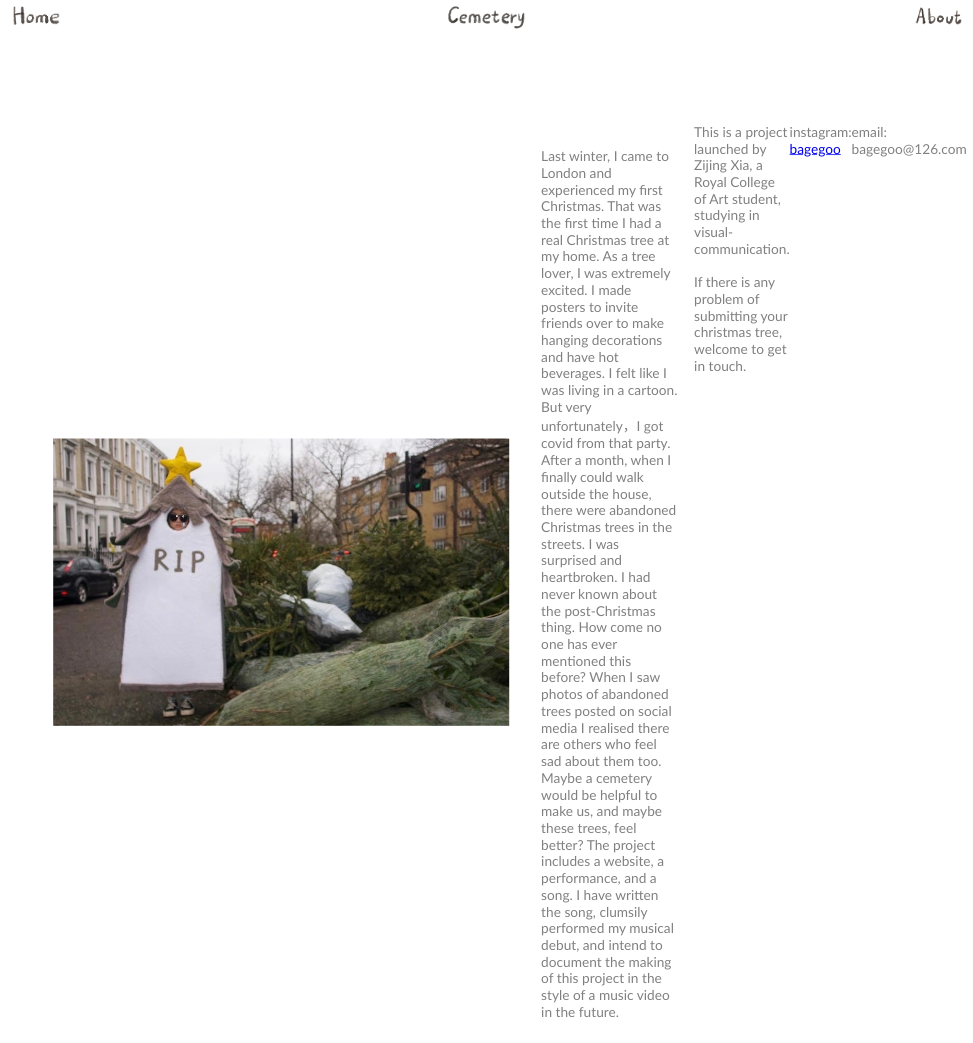
Repository: FuugaMo/ByeByeChristmasTree.github.io
Page: about.html
An editor plug-in stored every save of this project. The page is shown before and after the next save, followed by the edit.
The browser window is 1280 px wide. The pictures show the whole page, at 76% of full size.

Above is the page before, as saved 2023-07-28 21:27:37.

### about.html
<!DOCTYPE html>
<html lang="en">

<head>
    <meta charset="utf-8" />
    <link
        href="about.css"
        rel="stylesheet"
    />

</head>

<body>
    <!-- 顶部导航栏 -->
    <nav>
        <div
            class="home"
            style="width:60px; height:50px"
        >
            <img
                src="./Image/Home.png"
                width="60px"
            >
            <input
                type="button"
                onclick='location.href=("index.html")'
            />

        </div>

        <div
            class="cemetery"
            style="width: 100px;"
        >
            <img
                src="./Image/cemetery.png"
                class="cemetery"
                width="100px"
            >
            <input
                type="button"
                onclick='location.href=("cemetery.html")'
            />
        </div>

        <div
            class="about"
            style="width: 60px;"
        >
            <img
                src="./Image/about.png"
                width="60px"
            >
            <input
                type="button"
                onclick='location.href=("about.html")'
            />
        </div>

    </nav>

    <div id="content">
        <table
            id="content"
            cellpadding="20"
        >
            <tr>
                <td>
                    <img
                        src="./Image/About1.jpeg"
                        width="600px"
                    >
                </td>
                <td>
                    <p1>
                        Last winter, I came to London and experienced my first Christmas. That was the first time I had a
                        real Christmas tree at my home. As a tree lover, I was extremely excited. I made posters to invite
                        friends over to make hanging decorations and have hot beverages. I felt like I was living in a
                        cartoon. But very unfortunately，I got covid from that party. After a month, when I finally could walk
                        outside the house, there were abandoned Christmas trees in the streets. I was surprised and
                        heartbroken. I had never known about the post-Christmas thing. How come no one has ever mentioned
                        this before?
                    </p1>
                    <p1>
                        When I saw photos of abandoned trees posted on social media I realised there are others who feel sad
                        about them too. Maybe a cemetery would be helpful to make us, and maybe these trees, feel better?
                    </p1>
                    <p1>
                        The project includes a website, a performance, and a song. I have written the song, clumsily
                        performed my musical debut, and intend to document the making of this project in the style of a
                        music video in the future.
                    </p1>
                </td>
            </tr>
        </table>
        <br>
        <br>
        <br>
        <br>
        <p1>
            This is a project launched by Zijing Xia, a Royal College of Art student, studying in visual-communication.
            <br><br> If there is any problem of submitting your christmas tree, welcome to get in touch.
        </p1>
        <br>
        <br>
        <p2>
            instagram: <a href="https://www.instagram.com/bagegoo/">bagegoo</a></p2>
        </p2>
        <br>
        <br>
        <p3>
            email: bagegoo@126.com
        </p3>

        <br><br><br>
    </div>
</body>

### about.css
/* 新增样式 */
#content {
    display: flex;
    align-items: flex-start;
    margin-top: 10px;
    margin-left: 20px;
}

#content img {
    width: 600px;
}

#content .text {
    flex: 1;
    padding-left: 20px;
}

/* 导航栏 */
.home {
    position: relative;
    display: -webkit-box;
    -webkit-box-pack: start;
    -webkit-box-align: start;
    -webkit-box-orient: start;
    text-align: center;
    margin-left: 10px;
    /* opacity: 0; */
}

.home input {
    cursor: url("光标.png"), auto;
    position: absolute;
    width: 60px;
    height: 25px;
    border: 0px;
    left: 0px;
    top: 0px;
    /* opacity: 0.5; */
    /* background-color: black; */
    background-color: transparent;
}

.cemetery {
    position: relative;
    margin: 0 auto;
    top: -25px;
}

.cemetery input {
    cursor: url("光标.png"), auto;
    position: relative;
    width: 100px;
    height: 60px;
    border: 0;
    top: -85px;
    /* opacity: 0.5; */
    /* background-color: black; */
    background-color: transparent;
}

.about {
    position: absolute;
    right: 15px;
    top: 10px;
}

p1,
p2,
p3 {
    font-family: "Gill Sans", sans-serif;
    font-size: large;
    color: gray;
}

.about input {
    cursor: url("光标.png"), auto;
    position: absolute;
    width: 60px;
    height: 25px;
    border: 0px;
    right: 1px;
    /* opacity: 0.5; */
    /* background-color: black; */
    background-color: transparent;

}

/* 导航栏结束 */

html {
    cursor: url("光标.png"), auto;
}

After the next save:
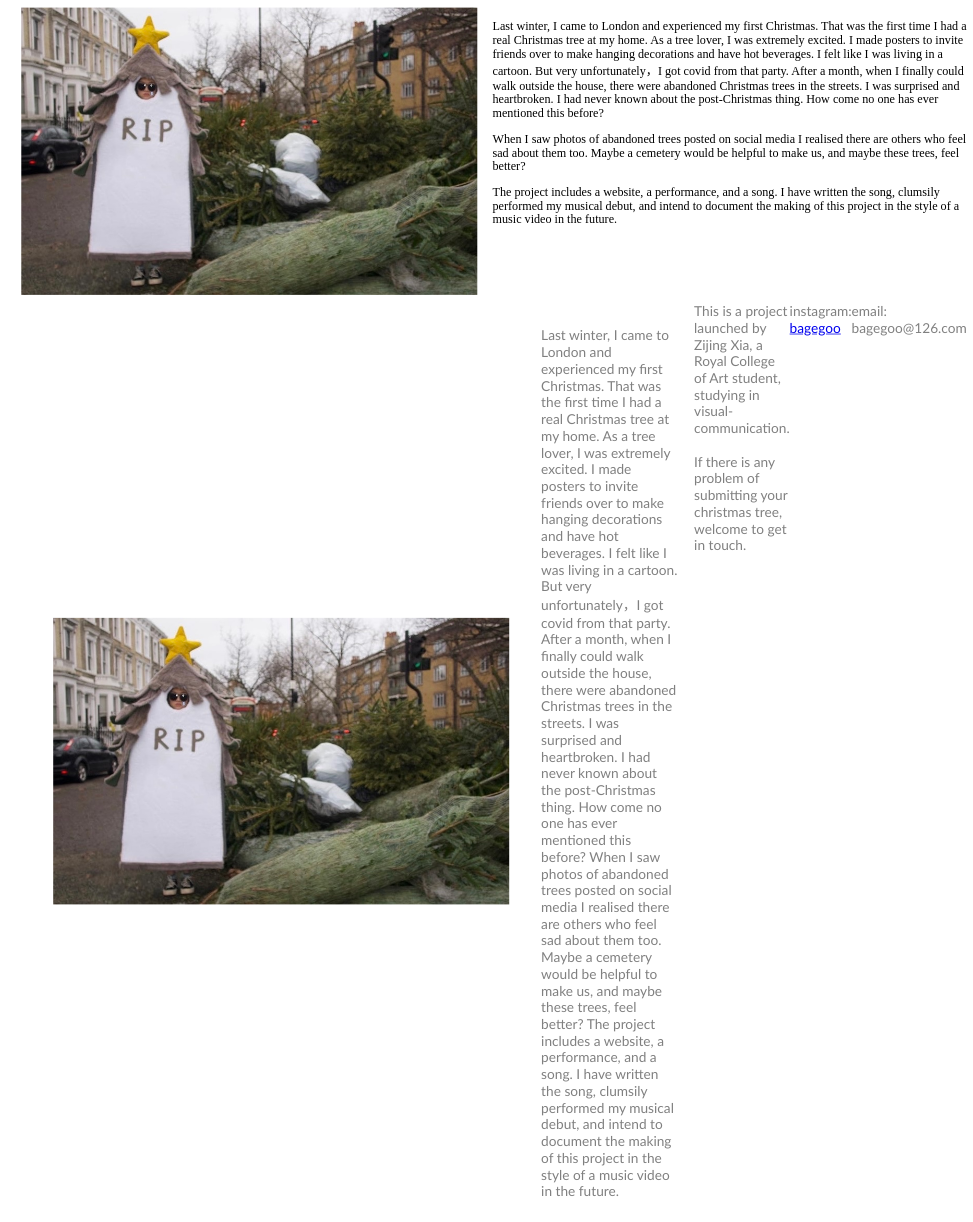
Saved 21 s later.
--- a/about.html
+++ b/about.html
@@ -13,48 +13,31 @@
 <body>
     <!-- 顶部导航栏 -->
     <nav>
-        <div
-            class="home"
-            style="width:60px; height:50px"
-        >
+        <div id="content">
             <img
-                src="./Image/Home.png"
-                width="60px"
+                src="./Image/About1.jpeg"
+                width="600px"
             >
-            <input
-                type="button"
-                onclick='location.href=("index.html")'
-            />
-
-        </div>
-
-        <div
-            class="cemetery"
-            style="width: 100px;"
-        >
-            <img
-                src="./Image/cemetery.png"
-                class="cemetery"
-                width="100px"
-            >
-            <input
-                type="button"
-                onclick='location.href=("cemetery.html")'
-            />
-        </div>
-
-        <div
-            class="about"
-            style="width: 60px;"
-        >
-            <img
-                src="./Image/about.png"
-                width="60px"
-            >
-            <input
-                type="button"
-                onclick='location.href=("about.html")'
-            />
+            <div class="text">
+                <p>
+                    Last winter, I came to London and experienced my first Christmas. That was the first time I had a
+                    real Christmas tree at my home. As a tree lover, I was extremely excited. I made posters to invite
+                    friends over to make hanging decorations and have hot beverages. I felt like I was living in a
+                    cartoon. But very unfortunately，I got covid from that party. After a month, when I finally could walk
+                    outside the house, there were abandoned Christmas trees in the streets. I was surprised and
+                    heartbroken. I had never known about the post-Christmas thing. How come no one has ever mentioned
+                    this before?
+                </p>
+                <p>
+                    When I saw photos of abandoned trees posted on social media I realised there are others who feel sad
+                    about them too. Maybe a cemetery would be helpful to make us, and maybe these trees, feel better?
+                </p>
+                <p>
+                    The project includes a website, a performance, and a song. I have written the song, clumsily
+                    performed my musical debut, and intend to document the making of this project in the style of a
+                    music video in the future.
+                </p>
+            </div>
         </div>
 
     </nav>
